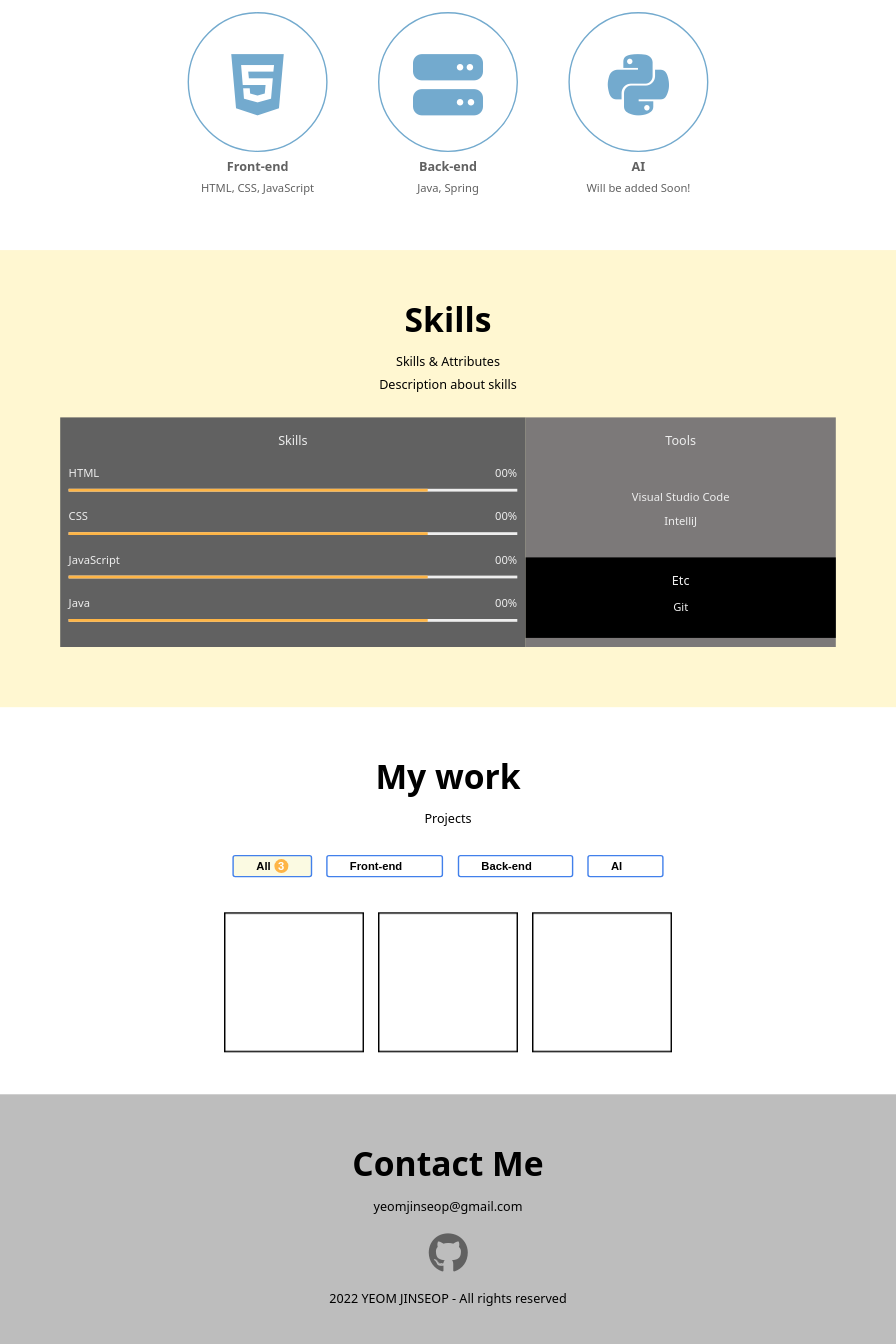
Repository: YEOMJINSEOP/yeomjinseop.github.io
Page: index.html
These files come from the project's save history. The page is drawn as it stood at one moment and after the next save; the edit follows.
The browser window is 1280 px wide. The pictures show the part of the page from y = 806 to 2726 px (the page is 2726 px tall), at 70% of full size.
The pointer rests on the first visible `.contact_links i`.
Some web libraries are served in a nearby version.

Above is the page before, as saved 2022-08-18 22:37:04.

### index.html
<!DOCTYPE html>
<html lang="en">
<head>
  <meta charset="UTF-8">
  <meta http-equiv="X-UA-Compatible" content="IE=edge">
  <meta name="viewport" content="width=device-width, initial-scale=1.0">
  <title>Jinseop's Portfolio</title>
  <meta name="author" content="Jinseop Yeom">
  <meta name="description" content="Portfolio Website For Jinseop Yeom">

  <!--Logo Image-->
  <link rel="icon" type="image/png" href="images/favicon.png">


  <!--Font Awesome-->
  <script src="https://kit.fontawesome.com/d24b25bb21.js" crossorigin="anonymous"></script>

  <!--Google Fonts-->
  <link rel="preconnect" href="https://fonts.googleapis.com">
  <link rel="preconnect" href="https://fonts.gstatic.com" crossorigin>
  <link href="https://fonts.googleapis.com/css2?family=Open+Sans:wght@400;600;700&display=swap" rel="stylesheet">

  <!--CSS-->
  <link rel="stylesheet" href="style.css">

  <!--JavaScript-->
  <script src="main.js" defer></script>

</head>
<body>
  <!--Navbar-->
  <nav id="navbar">
    <div class="navbar__logo">
      <i class="fa-solid fa-utensils"></i>
      <a href="#">Yeom JinSeop</a>
    </div>
    <div class="navbar__menu__container">
      <ul class="navbar__menu">
        <li class="navbar__menu__item" data-link = "#home">Home</li>
        <li class="navbar__menu__item" data-link = "#about">About</li>
        <li class="navbar__menu__item" data-link = "#skills">Skills</li>
        <li class="navbar__menu__item" data-link = "#work">My work</li>
        <li class="navbar__menu__item" data-link = "#contact">Contact</li>
      </ul>
    </div>

      <!-- Toggle button -->
  <button class="toggle__button">
    <i class="fa-solid fa-bars"></i>
  </button>
  </nav>

  <!-- Home -->
  <section id="home" class="section">
    <div class="home__container">
      <img src="/images/whileimage.png" alt="Jinseop's image" class="home__avatar">
      <h1 class="home__title">Welcome! <br/> Jinseop's Portfolio</h1>
      <h3 class="home__description">Type Home Description Here.</h3>
      <button class="home__button">Contact Me</button>
    </div>
  </section>

  <!--About-->
  <section id="about" class="section">
    <div class="section__container">
      <h1>About me</h1>
      <p>Wrtie about me here.</p>

      <div class="about__majors">

        <div class="major">
          <div class="major__icon">
            <i class="fa-brands fa-html5"></i>
          </div>
          <div class="major__title">
            Front-end
          </div>
          <div class="major__description">
            HTML, CSS, JavaScript
          </div>
        </div>

        <div class="major">
          <div class="major__icon">
            <i class="fa-solid fa-server"></i>
          </div>
          <div class="major__title">
            Back-end
          </div>
          <div class="major__description">
            Java, Spring
          </div>
        </div>


        <div class="major">
          <div class="major__icon">
            <i class="fa-brands fa-python"></i>
          </div>
          <div class="major__title">
            AI
          </div>
          <div class="major__description">
            Will be added Soon!
          </div>
        </div>

      </div>
    </div>
  </section>

  <!--Skills-->
  <section id="skills" class="section">
    <div class="section__container">
      <h1>Skills</h1>
    <h3>Skills & Attributes</h3>
    <p>Description about skills</p>
    <div class="skillset">
      <div class="skillset__left">
        <h3 class="skillset__title">Skills</h3>
        <div class="skill">
          <div class="skill__description">
            <span>HTML</span>
            <span>00%</span>
          </div>

          <div class="skill__bar">
            <div class="skill__value"></div>
          </div>
        </div>

        <div class="skill">
          <div class="skill__description">
            <span>CSS</span>
            <span>00%</span>
          </div>

          <div class="skill__bar">
            <div class="skill__value"></div>
          </div>

          <div class="skill">
            <div class="skill__description">
              <span>JavaScript</span>
              <span>00%</span>
            </div>

            <div class="skill__bar">
              <div class="skill__value"></div>
            </div>
          </div>
        </div>

        <div class="skill">
          <div class="skill__description">
            <span>Java</span>
            <span>00%</span>
          </div>

          <div class="skill__bar">
            <div class="skill__value"></div>
          </div>
        </div>
      </div>

      <div class="skillset__right">
        <div class="tools">
          <h3 class="skillset__title">Tools</h3>
          <ul class="tools__list">
            <li><span>Visual Studio Code</span></li>
            <li><span>IntelliJ</span></li>
          </ul>
        </div>

        <div class="etc">
          <h3 class="skillset__title">Etc</h3>
          <ul class="etc__list">
            <li><span>Git</span></li>
          </ul>
        </div>
      </div>
    </div>
    </div>
  </section>

  <!--Work-->
  <section id="work" class="section">
   <div class="section__container">
    <h1>My work</h1>
    <h3>Projects</h3>
    <div class="work__categories">
      <button class="category__btn active" data-filter="*">All<span class="category__count">3</span></button>
      <button class="category__btn" data-filter="front-end">Front-end<span class="category__count">1</span></button>
      <button class="category__btn" data-filter="back-end">Back-end<span class="category__count">1</span></button>
      <button class="category__btn" data-filter="ai">AI<span class="category__count">1</span></button>
    </div>

    <div class="work__projects">
      <a href="#" class="project" data-type="front-end" target="blank">
        <img src="images/whileimage.png" alt="project image" class="project__image">
        <div class="project__description">
          <h3>Project Name</h3>
          <span>Description about Project</span>
        </div>
      </a>

      <a href="#" class="project" data-type="back-end" target="blank">
        <img src="images/whileimage.png" alt="project image" class="project__image">
        <div class="project__description">
          <h3>Project Name</h3>
          <span>Description about Project</span>
        </div>
      </a>

      <a href="#" class="project" data-type="ai" target="blank">
        <img src="images/whileimage.png" alt="project image" class="project__image">
        <div class="project__description">
          <h3>Project Name</h3>
          <span>Description about Project</span>
        </div>
      </a>
    </div>
   </div>
  </section>

  <!--Testimonial-->
  <!-- <section id="testimonial" class="section">
    <h1>Testimonial</h1>
    <h3>See What They Say About Me</h3>
    <div class="testimonials">
      <div class="testimonial">
        <img src="" alt="Person Image" class="testimonial__avatar">
        <div class="testimonial__speech_bubble">
          <p>Recommendation Talk Here.</p>
          <p class="name"><a href="#">Professor A</a></p>
        </div>
      </div>

      <div class="testimonial">
        <img src="" alt="Person Image" class="testimonial__avatar">
        <div class="testimonial__speech_bubble">
          <p>Recommendation Talk Here.</p>
          <p class="name"><a href="#">Professor A</a></p>
        </div>
      </div>
    </div>
  </section> -->

  <!--Contact-->
  <section id="contact" class="section">
    <h1>Contact Me</h1>
    <h3>yeomjinseop@gmail.com</h3>
    <div class="contact_links">
      <a href="https://github.com/YEOMJINSEOP" target="blank">
        <i class = "fab fa-github"></i>
      </a>
    </div>
    <p class="contact_rights">
      2022 YEOM JINSEOP - All rights reserved
    </p>
  </section>

  <!-- Arrow-up Button -->
  <button class="arrow_up">
    <i class="fa-solid fa-arrow-up"></i>
  </button>
</body>
</html>

### style.css
 /* Global */

 :root{
  /* Color */
  --color-white: #ffffff;
  --color-light-white: #eeeeee;
  --color-dark-white: #bdbdbd;
  --color-pink: #fe918d;
  --color-dark-pink: #ff6863;
  --color-deep-pink: #FF8ACA;
  --color-black: #4d4d4d;
  --color-grey: #616161;
  --color-light-gray: #7c7979;
  --color-blue: #73aace;
  --color-yellow: #fff7d1;
  --color-light-yellow: #FBFAE2;
  --color-orange: #feb546;
  --color-black: #000000;
  --color-yellow-green: #BEEBA9;
  --color-sky-blue: #A9D7EB;
  --color-deep-blue: #4280EB;
  --color-dark-deep-blue: #627BA3;

  /* Font size */
  --font-large: 48px;
  --font-medium: 28px;
  --font-regular: 18px;
  --font-small: 16px;
  --font-micro: 14px;


  /* Font Weight */
  --weight-bold: 700;
  --weight-semi-bold: 600;
  --weight-regular: 400;

  /* Size */
  --size-border-radius: 4px;

  /* Animation */
  --animation-duration: 300ms;

 }

 /* Universal tages */
 * {
  box-sizing: border-box;
 }

 body{
  margin: 0;
  font-family:system-ui, -apple-system, BlinkMacSystemFont, 'Segoe UI', Roboto, Oxygen, Ubuntu, Cantarell, 'Open Sans', 'Helvetica Neue', sans-serif;
  cursor: default;
}

 a{
  text-decoration: none;
  color: var(--color-white);
 }

 ul{
  list-style: none;
  padding-left: 0;
 }

 button{
  background-color: transparent;
  border: none;
  cursor: pointer;
 }



 /* Typography */

 h1{
  font-size: var(--font-large);
  font-weight: var(--weight-bold);
  color: var(--color-black);
  margin: 16px 0;
 }

 h2{
  font-size: var(--font-medium);
  font-weight: var(--weight-semi-bold);
  color: var(--color-black);
  margin: 8px 0;
 }

 h3{
  font-size: var(--font-regular);
  font-weight: var(--weight-regular);
  color: var(--color-black);
  margin: 8px 0;
 }

 p{
  font-size: var(--font-regular);
  font-weight:  var(--font-regular);
  color: var(--color-black);
  margin: 4px 0;
 }

 /* Body  */

 /* Nav */
 #navbar{
  display: flex;
  position: fixed;
  width: 100%;
  justify-content: space-between;
  align-items: center;
  background-color: transparent;
  color: var(--color-white);
  padding: 2px;
  transition: all var(--animation-duration) ease-in-out;
  z-index: 1;
 }

 #navbar.navbar__dark{
  background-color: var(--color-deep-blue);
 }

 .navbar__logo{
  font-size: var(--font-medium);
  font-weight: var(--weight-semi-bold);
  padding: 8px 12px;
 }

 .navbar__menu{
  display: flex;
  font-size: var(--font-small);
  font-weight: var(--weight-regular);
 }

 .navbar__menu__item{
  padding: 8px 12px;
  margin: 0 4px;
  border-radius: var(--size-border-radius);
  cursor: pointer;
  border: 1px solid transparent;
 }

 .navbar__menu__item:hover{
  background-color: var(--color-dark-deep-blue);
  border-color: var(--color-white);
 }

 /* Home */

 #home{
  background-color: var(--color-sky-blue);
  background-position: center;
  background-repeat: no-repeat;
  background-size: cover;
  padding-top: 150px;
  text-align: center;
 }

 .home__avatar{
  border: 2px solid var(--color-white);
  border-radius: 50%;
  width: 200px;
  height: 200px;
 }

 .home__title,
 .home__description{
  font-size: var(--font-medium);
  color: var(--color-white);
  padding: 4px;
 }

 .home__button{
  border: 1px solid var(--color-white);
  padding: 8px 12px;
  margin-top: 8px;
  color: var(--color-white);
 }

.home__button:hover{
  background-color: var(--color-deep-blue);
}

/* Section Common */
.section{
  padding: 50px;
  text-align: center;
}

.section__contatiner{
  max-width: 1200px;
}

/* About */

.about__majors{
  display: flex;
  justify-content: center;
  margin: 8px 12px;
  padding: 12px;
}

.major{
  margin: 8px 24px;
}

.major__icon{
  height: 200px;
  width: 200px;
  font-size: 100px;
  line-height: 200px;
  border: 2px solid var(--color-blue);
  border-radius: 50%;
  color: var(--color-blue);
  margin: 8px 12px;
  transition: all var(--animation-duration) linear;
}

.major__icon:hover{
  color: var(--color-orange);
  border-color: var(--color-orange);
}

.major__icon:hover i{
  transform: scale(120%);
}


.major__title {
  font-size: var(--font-regular);
  font-weight: var(--weight-semi-bold);
  color:var(--color-grey);
  margin: 8px;;
}

.major__description{
  font-size: var(--font-small);
  color: var(--color-grey);
}

.about__jobs{
  margin: 12px 0;
}

.job{
  display: flex;
  align-items: center;
}

.job__logo{
  padding: 8px;
  margin: 4px 12px;
}

.job__name{
  font-size: var(--font-small);
}

.job__description{
  font-size: var(--font-micro);
}

/* Skill */

#skills{
  background-color: var(--color-yellow);
}
.skillset{
  display: flex;
  justify-content: center;
  margin: 12px 12px;
  padding: 24px;
  color: var(--color-light-white);
}

.skillset__left{
  padding: 12px;
  flex-basis: 60%;
  background-color: var(--color-grey);
}

.skill{
  margin: 24px 0;
}

.skill__description{
  display: flex;
  justify-content: space-between;
}

.skillset__title{
  color: var(--color-light-white);
  margin: 8px 0;
}

.skill__bar{
  width: 100%;
  height: 4px;
  background-color: var(--color-light-white);
  margin: 12px 0;
}

.skill__value{
  width: 80%;
  /* width는 html에 style로 넣어서 각각 지정하기! */
  height: 4px;
  background-color: var(--color-orange);
}


.skillset__right{
  flex-basis:40%;
  background-color: var(--color-light-gray);
}

.tools{
  padding: 12px;
  height:200px;
}

.tools__list{
  padding: 30px 0;
}

.tools__list li{
  margin: 12px;
}


.etc{
  background-color: var(--color-black);
  height: 115px;
  padding: 12px;
}

/* Work */

.work__categories{
  margin: 24px 0 ;
  padding: 12px 0;
}

.category__btn{
  border: 2px solid var(--color-deep-blue);
  border-radius: var(--size-border-radius);
  background-color: var(--color-white);
  var(--size-border-radius);
  padding: 4px 32px;
  margin: 4px 8px;
  font-size: var(--font-small);
  font-weight: var(--weight-semi-bold);
}

.category__btn.active{
  background-color: var(--color-light-yellow);
}

.category__btn.active .category__count{
  opacity: 1;
  transform: translateY(0);
}

.category__btn:hover {
  background-color:  var(--color-light-yellow);
}

.category__btn:hover .category__count{
  opacity: 1;
  transform: translateY(0);
}

.category__count{
  width:  20px;
  height: 20px;
  line-height: 20px;
  color: var(--color-white);
  margin-left: 5px;
  background-color: var(--color-orange);
  display: inline-block;
  border-radius: 50%;
  opacity: 0;
  transition: all var(--animation-duration) ease-in;
  transform: translateY(-10px);
}

.work__projects{
  display: flex;
  flex-wrap:wrap;
  align-items: center;
  justify-content: center;
  opacity: 1;
  transition: all var(--animation-duration) ease-out;
}

.work__projects.anim-out{
  opacity: 0;
  transform: scale(0.96) translateY(40px);
}

.project__image{
  width: 100%;
  height: 100%;
}

.project{
  position: relative;
  width: 200px;
  height: 200px;
  margin: 10px;
}

.project.invisible{
  display: none;
}

.project__description{
  position: absolute;
  top:0px;
  left:0px;
  background-color: var(--color-grey);
  width: 100%;
  height: 100%;
  display: flex;
  flex-direction: column;
  justify-content: center;
  opacity: 0;
  transition: all var(--animation-duration) ease-in;
  transform: translateY(-10px);
}

.project__description h3{
  color: var(--color-orange);
}

.project__description h3:after{
  content: " ";
  display: block;
  position: relative;
  left: 38%;
  width: 70px;
  height: 2px;
  margin-top: 8px;
  margin-left: -8px;
  background-color: var(--color-white);
}

.project__description:hover{
  opacity: 0.8;
  transform: translateY(0);
}

/* Contact */

#contact{
  background-color: var(--color-dark-white);
}

.contact_links{
  padding: 24px 0;
}

.contact_links i{
  font-size: var(--font-large);
  color: var(--color-white);

}

.contact_links i:hover{
  color: var(--color-grey);
  transform: scale(120%);
}

.toggle__button{
  position: absolute;
  top: 12px;
  right: 36px;
  font-size: var(--font-medium);
  color: var(--color-white);
  display: none;
}

/* Arrow-up Button */
.arrow_up{
  width: 40px;
  height: 40px;
  font-size: var(--font-regular);
  color: var(--color-white);
  border-radius: 50%;
  background-color: var(--color-deep-blue);
  position: fixed;
  top: 90%;
  left: 93%;
  opacity: 0;
  pointer-events: none;
  transition: opacity var(--animation-duration) linear;
}

.arrow_up.visible{
  opacity: 1;
  pointer-events: auto;
}

@media screen and (max-width: 768px) {
  /* Navbar */
  #navbar{
    display: flex;
    flex-direction: column;
    background-color: var(--color-deep-blue);
  }

  .toggle__button{
    display: block;
  }

  .navbar__menu{
    display: None;
    text-align: center;
  }

  .navbar__menu__container{
    width: 100%;
  }

  .navbar__menu.visible{
    display: flex;
    flex-direction: column;
  }
  /* About */

  #about{
    padding-bottom: 24px;
  }
  .about__majors{
    display: flex;
    flex-direction: column;
    align-items: center;
  }
  .major{
    margin: 16px;
    margin-bottom: 48px;
  }

  /* Skills */

  .skillset{
    display: flex;
    flex-direction: column;
  }

  /* Work */
  .work__categories{
    display: flex;
    flex-direction: column;
  }
}

### main.js
'use strict';

// Make navbar transparent when it is on the top.

const navbar = document.querySelector('#navbar');
const navbarHeight = navbar.getBoundingClientRect().height;

document.addEventListener('scroll', () => {
  // toggle button menu remove when scrolling
  navbarMenu.classList.remove('visible');

    if(scrollY > navbarHeight){
      navbar.classList.add('navbar__dark');
    } else {
      navbar.classList.remove('navbar__dark');
    }
  })

// Handle scrolling when tap the navbar menu.
const navbarMenu = document.querySelector('.navbar__menu');

navbarMenu.addEventListener('click', (event) => {

  const target = event.target
  const targetLink = event.target.dataset.link;

  if(targetLink == null){
    return;
  } else {
    scrollIntoView(targetLink);
  }
})

// Handle scrolling when tap the contact me button.

const homeButton = document.querySelector('.home__button');

homeButton.addEventListener('click', () => {
  scrollIntoView('#contact');
})


// Make transparent home when scrolling

const home = document.querySelector('#home');
const homeContainer = document.querySelector('.home__container');
const homeHeight = home.getBoundingClientRect().height;
document.addEventListener('scroll', () => {
  homeContainer.style.opacity = 1 - window.scrollY/homeHeight;
})

// Arrow-up Button
// Visible when Scrolled Down
document.addEventListener('scroll', () => {
  if(window.scrollY > homeHeight/2){
    arrowUpBtn.classList.add('visible');
  } else{
    arrowUpBtn.classList.remove('visible');
  }
})

// Scrolling Top When Clicked.
const arrowUpBtn = document.querySelector('.arrow_up');
arrowUpBtn.addEventListener('click', () => {
  window.scrollTo({
    top: 0,
    left: 0,
    behavior: 'smooth'});
})

// Project Filtering when button clicked
const projectBtnContainer = document.querySelector('.work__categories');
const projectContainer = document.querySelector('.work__projects');
const projects = document.querySelectorAll('.project');

projectBtnContainer.addEventListener('click', (e) => {
  const filter = e.target.dataset.filter || e.target.parentNode.dataset.filter;

  // Remove selection from the previous item and select the new one
  const active = document.querySelector('.category__btn.active');
  active.classList.remove('active');
  const target =
    e.target.nodeName === 'BUTTON' ? e.target : e.target.parentNode;
  target.classList.add('active');

  projectContainer.classList.add('anim-out');
  setTimeout(()=>{
    projects.forEach((project) => {
      if(filter == null){
        return;
      }
      if(filter === '*' || filter === project.dataset.type){
        project.classList.remove('invisible');
      } else{
        project.classList.add('invisible');
      }

    })
    projectContainer.classList.remove('anim-out');
  }, 300)
})

// Navbar Toggle Button in Small Screen

const toggleBtn = document.querySelector('.toggle__button');
toggleBtn.addEventListener('click', () => {
  navbarMenu.classList.toggle('visible');
})

//Functions
function scrollIntoView(selector){
  const scrollTo = document.querySelector(selector);
  scrollTo.scrollIntoView({behavior: 'smooth'});
}

After the next save:
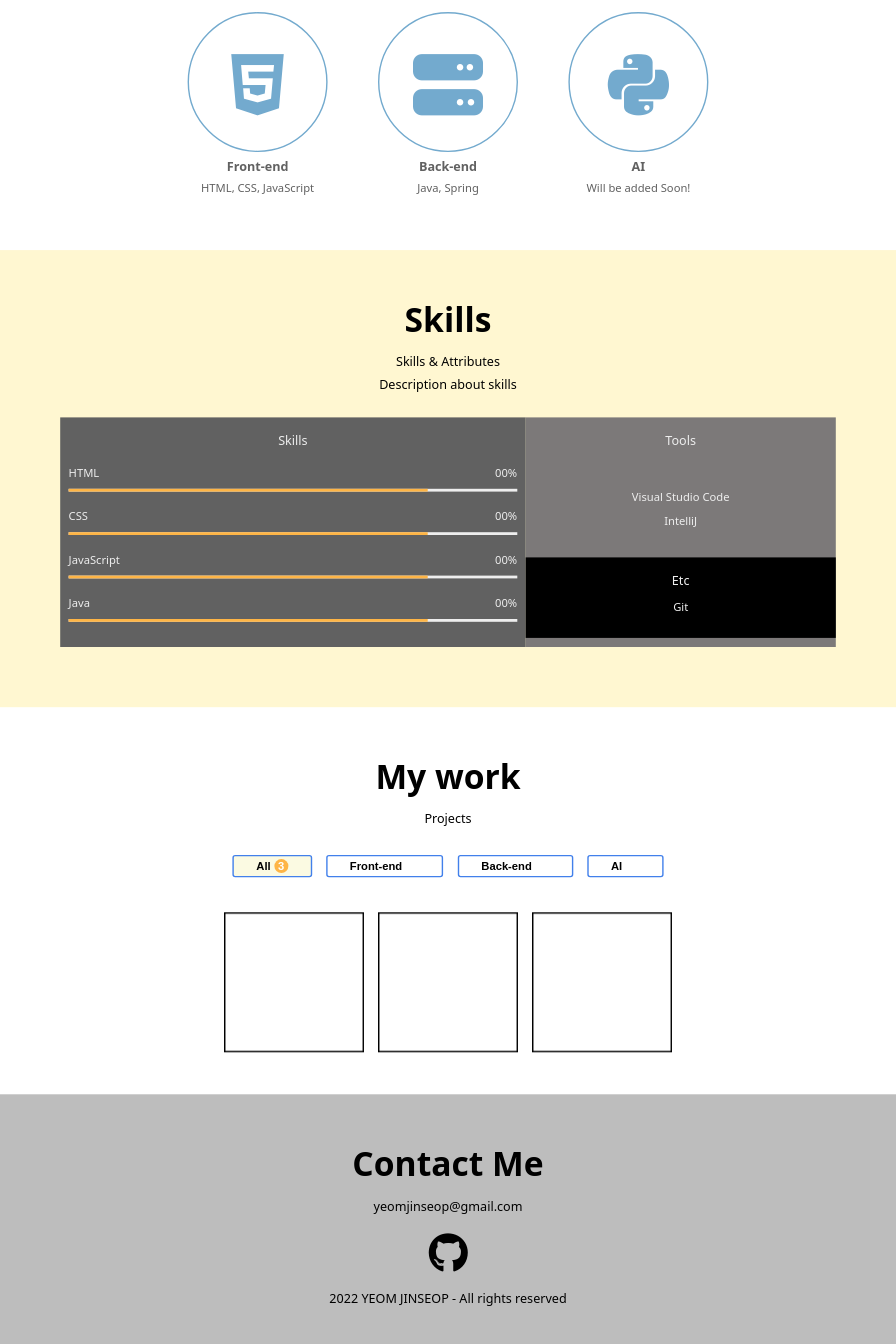
Saved 8 s later.
--- a/style.css
+++ b/style.css
@@ -467,7 +467,7 @@
 }
 
 .contact_links i:hover{
-  color: var(--color-grey);
+  color: var(--color-black);
   transform: scale(120%);
 }
 
